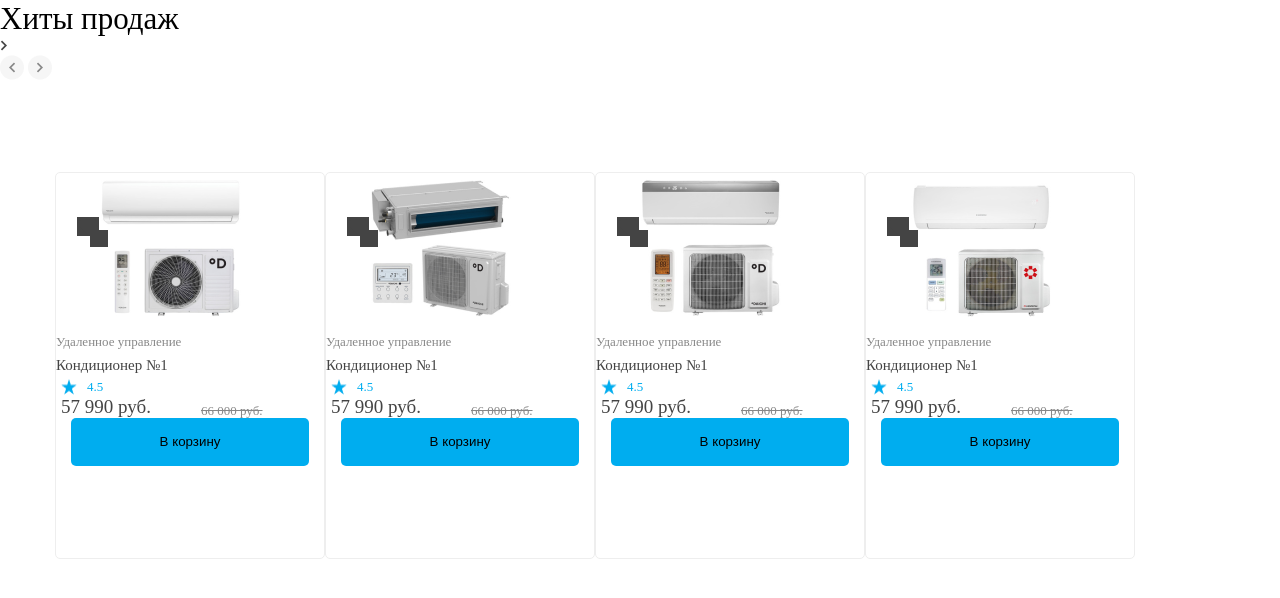
Repository: NikaMana/us
Page: index.html
These files come from the project's save history. The page is drawn as it stood at one moment and after the next save; the edit follows.
The browser window is 1280 px wide. The pictures show the whole page.

Above is the page before, as saved 2021-09-15 15:44:25.

After the next save:
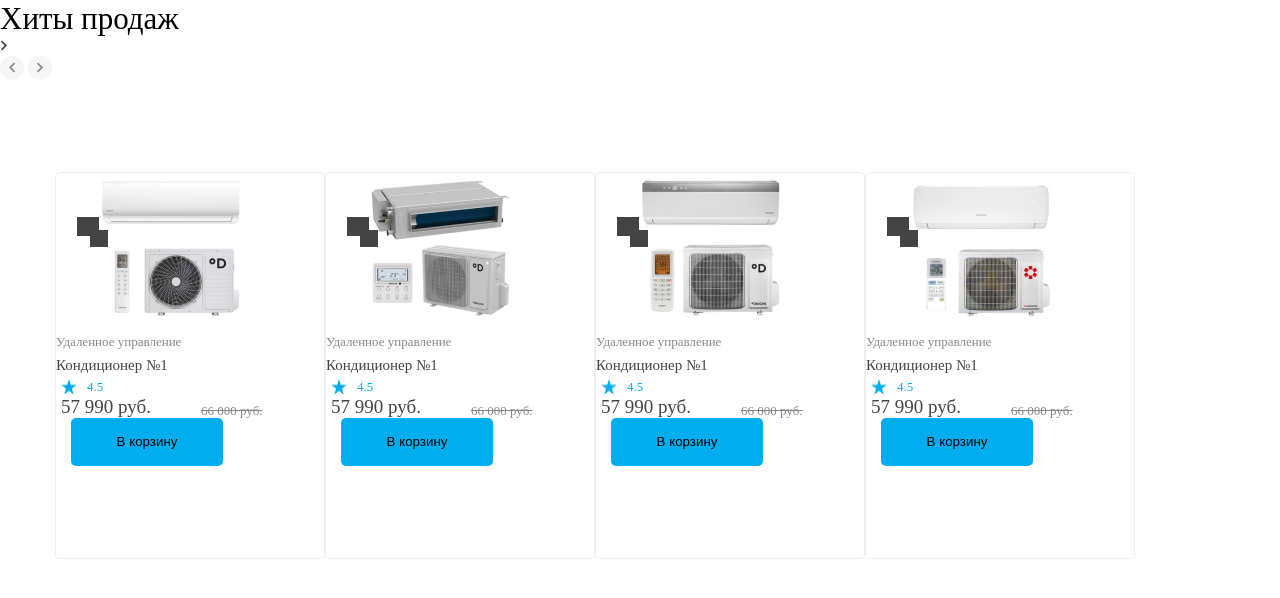
Saved 62 s later.
--- a/styles.css
+++ b/styles.css
@@ -168,17 +168,20 @@ margin: 0px 5px;
   display: flex;
 }
 .welcome__button{
+  display: flex;
+flex-direction: row;
 justify-content: center;
 align-items: center;
 padding: 14px 40px 16px;
+position: static;
 width: 152px;
 height: 48px;
 left: 0px;
 top: 0px;
 background: #00ADEF;
 border-radius: 5px;
-order: 0;
-flex-grow: 1;
+flex: none;
+order: 0;
 margin: 0px 15px;
 cursor: pointer;
 }
